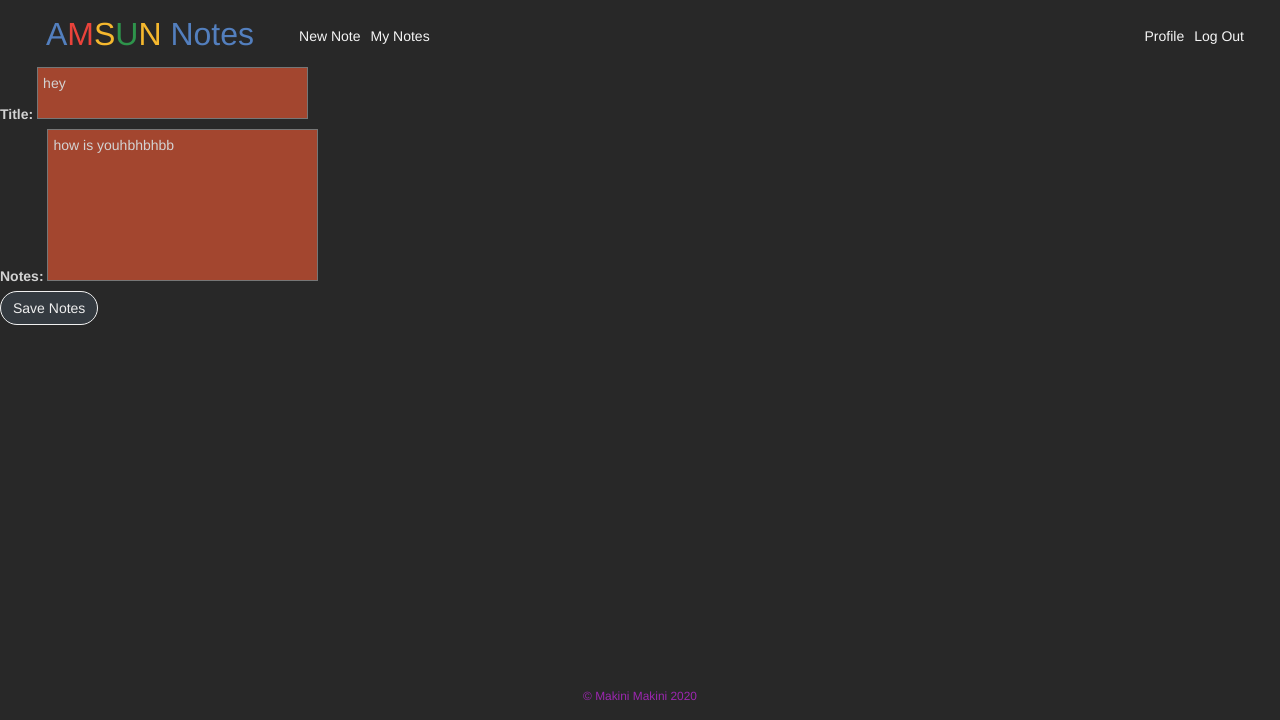
Repository: MakiniMakini/AMSUN-NOTES
Page: http://localhost/22/edit
The author's editor kept a copy of each file at every save. The page is drawn from the files as they stood at one save, then again after the next save.
The browser window is 1280 px wide. The pictures show the whole page.
Some web fonts or font styles are not loaded; a fallback is used. The page is served by the project's application, run on Flask 3 (application.py). The session is filled in as if someone had signed in: {"user_id": 1}. The page reads the database file committed with the project.

Above is the page before, as saved 2020-12-25 13:46:49.

### templates/edit.html
{% extends "layout.html" %}

{% block title %}
    Edit
{% endblock %}

{% block main %}


    {% for item in notes %}
    <div class="notes_form">
    <form action="/{{item[0]}}/edit" method="POST">
      <label for="title">Title:</label>
      <textarea name="title" cols="30" rows="2" placeholder="title" type="text" >{{item[1]}}</textarea>
      <br>
      <label for="notes">Notes:</label>
      <textarea name="notes" cols="30" rows="7" placeholder="notes" type="text">{{item[2]}}</textarea>
      <br>
        <button class="btn btn-primary bg-dark" type="submit">Save Notes</button>
    </form>
  </div>

    {% endfor %}


{% endblock %}

### templates/layout.html
<!DOCTYPE html>
<html lang="en">
    <head>
        <!-- Required meta tags -->
        <meta charset="utf-8">
        <meta name="viewport" content="width=device-width, initial-scale=1, shrink-to-fit=no">

        <!-- documentation at http://getbootstrap.com/docs/4.1/, alternative themes at https://bootswatch.com/ -->
        <link href="https://maxcdn.bootstrapcdn.com/bootstrap/4.1.3/css/bootstrap.min.css" rel="stylesheet">

        <!-- https://favicon.io/emoji-favicons/money-mouth-face/ -->
        <link href="/static/favicon.ico" rel="icon">

        <link href="/static/styles.css" rel="stylesheet">
        <link rel="stylesheet" href="/static/bootstrap.min.css" />
        <link rel="stylesheet" href="/static/animate.min.css" />
        <link rel="stylesheet" href="/static/ionicons.min.css" />
        <link rel="stylesheet" href="/static/styles2.css" />
        <link rel="stylesheet" href="/static/profile.css" />

        <script src="https://code.jquery.com/jquery-3.3.1.min.js"></script>
        <script src="https://cdnjs.cloudflare.com/ajax/libs/popper.js/1.14.3/umd/popper.min.js"></script>
        <script src="https://maxcdn.bootstrapcdn.com/bootstrap/4.1.3/js/bootstrap.min.js"></script>

        <title>AMSUN Notes: {% block title %}{% endblock %}</title>
    </head>

    <body>

        <nav class="navbar navbar-expand-md navbar-light bg-none pl-5 pr-5 m-0 fixed-top">
            <a class="navbar-brand" href="/"><span class="blue">A</span><span class="red">M</span><span class="yellow">S</span><span class="green">U</span><span class="yellow">N</span> <span class="blue">Notes</span></a>
            <button aria-controls="navbar" aria-expanded="false" aria-label="Toggle navigation" class="navbar-toggler bg-light" data-target="#navbar" data-toggle="collapse" type="button">
                <span class="navbar-toggler-icon"></span>
            </button>
            <div class="collapse navbar-collapse" id="navbar" >
                {% if session.user_id %}
                    <ul class="navbar-nav mr-auto mt-2">
                        <li class="nav-item"><a class="nav-link" href="/home">New Note</a></li>
                        <li class="nav-item"><a class="nav-link" href="/my_notes">My Notes</a></li>
                    </ul>
                    <ul class="navbar-nav ml-auto mt-2 navbar-right">
                        <li class="nav-item"><a class="nav-link" href="/profile">Profile</a></li>
                        <li class="nav-item"><a class="nav-link" href="/logout">Log Out</a></li>
                    </ul>
                {% else %}
                    <ul class="navbar-nav ml-auto mt-2 navbar-right">
                        <li class="nav-item"><a class="nav-link" href="/register">Register</a></li>
                        <li class="nav-item"><a class="nav-link" href="/login">Log In</a></li>
                    </ul>
                {% endif %}
            </div>
        </nav>

        {% if get_flashed_messages() %}
            <header>
                <div class="alert alert-primary border text-center" role="alert">
                    {{ get_flashed_messages() | join(" ") }}
                </div>
            </header>
        {% endif %}

        <main class="container p-0">

        </main>
        {% block main %}{% endblock %}

        <footer class="small text-center text-muted fixed-bottom bg-none">
             <a href="https://makini-makini.herokuapp.com">© Makini Makini 2020</a>
        </footer>

    </body>
</html>

### application.py
import os

import sqlite3
from flask import Flask, flash, jsonify, redirect, render_template, request, session
from flask_session import Session
from tempfile import mkdtemp
from werkzeug.exceptions import default_exceptions, HTTPException, InternalServerError
from werkzeug.security import check_password_hash, generate_password_hash

from helpers import apology, login_required


# Configure application
app = Flask(__name__)

# Ensure templates are auto-reloaded
app.config["TEMPLATES_AUTO_RELOAD"] = True

# Ensure responses aren't cached
@app.after_request
def after_request(response):
    response.headers["Cache-Control"] = "no-cache, no-store, must-revalidate"
    response.headers["Expires"] = 0
    response.headers["Pragma"] = "no-cache"
    return response


# Configure session to use filesystem (instead of signed cookies)
app.config["SESSION_FILE_DIR"] = mkdtemp()
app.config["SESSION_PERMANENT"] = False
app.config["SESSION_TYPE"] = "filesystem"
Session(app)

# connecting to the database
connection = sqlite3.connect("amsun_notes.db", check_same_thread=False)

# cursor
db = connection.cursor()

# >>>>>>>>>>>>>>>>>>>>>>>>>>>>>>>ROUTES<<<<<<<<<<<<<<<<<<

# ///////////////INDEX\\\\\\\\\\\\\\\\\\
@app.route("/")
def home_page():
    return render_template("home.html")

# ////////////////WRITE NOTES\\\\\\\\\\\\\
@app.route("/home")
@login_required
def index():
    return render_template("index.html")

# //////PROFILE\\\\\\\\
@app.route("/profile")
@login_required
def profile():
    return render_template("profile.html")

# /////////////MY NOTES\\\\\\\\\\
@app.route("/my_notes")
@login_required
def my_notes():

    # logged user
    user_id = session['user_id']

    db.execute("SELECT note_id, title, notes FROM notes WHERE user_id=:user_id", {'user_id':user_id})
    notes = db.fetchall()

    # Ensure user has notes
    if not notes:
        return render_template("index.html", message = "You Do Not Have Any Stock")

    return render_template("my_notes.html", notes=notes)

# ///////////////ALLOW USER TO EDIT THEIR NOTES\\\\\\\\\\\\\\\\\\\
@app.route("/<note_id>/edit", methods=["GET", "POST"])
@login_required
def edit(note_id):

     # logged user
    user_id = session['user_id']

    if request.method == "GET":
        # query database for notes
        db.execute("SELECT note_id, title, notes FROM notes WHERE user_id=:user_id AND note_id=:note_id", {'user_id':user_id, 'note_id':note_id})
        notes = db.fetchall()
        # populate text-area with existing notes
        return render_template("edit.html", notes=notes)

    if request.method == "POST":
        # get title
        title = request.form.get("title")
        #get notes
        notes = request.form.get("notes")

        # ensure the fields are not blank
        if not request.form.get("notes"):
            return apology('must write something', 403)
        else:
            # update notes
            db.execute("UPDATE notes SET title =:title, notes =:notes WHERE note_id=:note_id", {'user_id':user_id, 'note_id':note_id, 'title':title, 'notes':notes})
            # save to data base
            connection.commit()
            # redirect user to their notes
            return redirect("/my_notes")


@app.route("/<note_id>/delete")
@login_required
def delete(note_id):

    print(note_id)

    db.execute("DELETE FROM notes WHERE note_id=:note_id", {'note_id':note_id})
    connection.commit()

    return redirect("/my_notes")

# >>>>>>>>>>>>>REGISTER USER<<<<<<<<<<<<<<<<<<<<<<<<<<<<<<<<<<<
@app.route("/register", methods=["GET", "POST"])
def register():
    """Register user"""

    # if 'GET' render Reg. form
    if request.method == "GET":
        return render_template("register.html")

    if request.method == "POST":

        username = request.form.get("username")
        # Ensure username is submitted
        if not request.form.get("username"):
             return apology("must provide username", 403)

        # Ensure password was submitted
        elif not request.form.get("password") and not request.form.get("confirmation"):
            return apology("must provide password and confirmation", 403)
        else:
            # query db
            db.execute("SELECT * FROM users WHERE username = :username",
                            {'username' : username})
            rows = db.fetchall()

            # check if user exists
            if len(rows) == 1:
                return apology("username already exists", 403)
            else:
                username = request.form.get("username")

            # password
            if request.form.get("password") == request.form.get("confirmation"):
                # hash password
                pwhash = generate_password_hash(request.form.get("password"), method='plain')
            else:
                return apology("passwords do not match", 403)

            # update db
            db.execute("INSERT INTO users (username, hash) VALUES (:username, :pwhash)", {'username':username, 'pwhash':pwhash})

            # To save the changes in the files. Never skip this.
            # If we skip this, nothing will be saved in the database.
            connection.commit()

            # # close the connection
            # connection.close()
            return redirect("/")


# >>>>>>>>>>>>>>>>>>>>>>LOGIN<<<<<<<<<<<<<<<<<<<<<<


@app.route("/login", methods=["GET", "POST"])
def login():
    """Log user in"""

    # Forget any user_id
    session.clear()

    # User reached route via POST (as by submitting a form via POST)
    if request.method == "POST":

        # Ensure username was submitted
        if not request.form.get("username"):
            return apology("must provide username", 403)

        # Ensure password was submitted
        elif not request.form.get("password"):
            return apology("must provide password", 403)

        # Query database for username
        db.execute("SELECT * FROM users WHERE username = :username",
                          {'username':request.form.get("username")})

        rows = db.fetchall()

        print(rows)
        # Ensure username exists and password is correct
        if len(rows) != 1 or not check_password_hash(rows[0][2], request.form.get("password")):
            return apology("invalid username and/or password", 403)

    # Remember which user has logged in
        session["user_id"] = rows[0][0]

        # Redirect user to home page
        return redirect("/")

    # User reached route via GET (as by clicking a link or via redirect)
    else:
        return render_template("login.html")

#>>>>>>>>>>>>>>>>>>>>>>>>>>>LOGOUT<<<<<<<<<<<<<<<<<<<<<<<<

@app.route("/logout")
def logout():
    """Log user out"""

    # Forget any user_id
    session.clear()

    # Redirect user to login form
    return redirect("/")


# >>>>>>>>>>>>>>>>>>>SAVE NOTES <<<<<<<<<<<<<<<<<<<<<<<<<
@app.route("/notes", methods=["GET", "POST"])
@login_required
def save():
    #save notes to database

    # logged user
    user_id = session['user_id']

    if request.method == "POST":

        # get the title
        title = request.form.get("title")

        #get notes
        notes = request.form.get("notes")

        # ensure the fields are not blank
        if not request.form.get("notes"):
            return apology('must write something', 403)
        else:
            db.execute("INSERT INTO notes (user_id, title, notes) VALUES (:user_id, :title, :notes)", {'user_id':user_id, 'title':title, 'notes':notes})

            # save to data base
            connection.commit()
            return render_template("index.html")

### helpers.py
import os
import requests
import urllib.parse

from flask import redirect, render_template, request, session
from functools import wraps

def apology(message, code=400):
    """Render message as an apology to user."""
    def escape(s):
        """
        Escape special characters.

        https://github.com/jacebrowning/memegen#special-characters
        """
        for old, new in [("-", "--"), (" ", "-"), ("_", "__"), ("?", "~q"),
                         ("%", "~p"), ("#", "~h"), ("/", "~s"), ("\"", "''")]:
            s = s.replace(old, new)
        return s
    return render_template("apology.html", top=code, bottom=escape(message)), code


def login_required(f):
    """
    Decorate routes to require login.

    http://flask.pocoo.org/docs/1.0/patterns/viewdecorators/
    """
    @wraps(f)
    def decorated_function(*args, **kwargs):
        if session.get("user_id") is None:
            return redirect("/login")
        return f(*args, **kwargs)
    return decorated_function

### static/styles.css
nav .navbar-brand {
	/* size for brand */
	font-size: xx-large;
}

/* colors for brand */
nav .navbar-brand .blue {
	color: #537fbe;
}
nav .navbar-brand .red {
	color: #ea433b;
}
nav .navbar-brand .yellow {
	color: #f5b82e;
}
nav .navbar-brand .green {
	color: #2e944b;
}

.navbar .nav-link {
	color: whitesmoke !important;
}

main .form-control {
	/* center form controls */
	display: inline-block;

	/* override Bootstrap's 100% width for form controls */
	width: auto;
}

main {
	/* scroll horizontally as needed */
	overflow-x: auto;

	/* center contents */
	text-align: center;
}

main img {
	/* constrain images on small screens */
	max-width: 100%;
}

/* Style the image inside the centered container, if needed */
.centered img {
	width: 150px;
	border-radius: 50%;
}

textarea {
	font-family: monospace;
}

.section_name {
	text-align: center;
	padding: 0;
}

.form-form {
	text-align: center;
	padding-top: 10vh;
}
.btn:focus {
	outline: none !important;
}

.form-control-email {
	text-align: left;
	display: block;
	width: 50%;
	height: 35px;
	padding: 6px 12px;
	font-size: 14px;
	line-height: 1.5;
	color: #eee;
	background-color: #36333d;
	background-image: none;
	border: 1px solid #36333d;
	border-radius: 4px;
	box-shadow: inset 0 1px 1px rgba(0, 0, 0, 0.075);
	transition: border-color ease-in-out .15s, box-shadow ease-in-out .15s;
}
.form-control-email:focus {
	outline: none;
}

.iframe-container {
	position: relative;
	overflow: hidden;
	width: 100%;
	padding-top: 56.25%; /* 16:9 Aspect Ratio (divide 9 by 16 = 0.5625) */
}

.responsive-iframe {
	position: absolute;
	top: 0;
	left: 0;
	bottom: 0;
	right: 0;
	width: 100%;
	height: 100%;
}

.my_notes {
	margin: auto;
	align-content: center;
	padding-top: 5vh;
}

.my_notes .card {
	align-content: center;
	margin: auto;
}

textarea {
	background-color: #a3462f;
	padding: 5px;
	columns: red;
}

textarea:focus {
	background-color: #2f2d33;
	outline: none;
}

.notes_form {
	margin: auto;
	align-items: center;
	align-content: center;
}

### static/profile.css
/* Profile container */
.profile {
	margin: 20px 0;
}

/* Profile sidebar */
.profile-sidebar {
	padding: 20px 0 10px 0;
	background: #fff;
}

.profile-userpic img {
	float: none;
	margin: 0 auto;
	width: 50%;
	height: 50%;
	-webkit-border-radius: 50% !important;
	-moz-border-radius: 50% !important;
	border-radius: 50% !important;
}

.profile-usertitle {
	text-align: center;
	margin-top: 20px;
}

.profile-usertitle-name {
	color: #5a7391;
	font-size: 16px;
	font-weight: 600;
	margin-bottom: 7px;
}

.profile-usertitle-job {
	text-transform: uppercase;
	color: #5b9bd1;
	font-size: 12px;
	font-weight: 600;
	margin-bottom: 15px;
}

.profile-userbuttons {
	text-align: center;
	margin-top: 10px;
}

.profile-userbuttons .btn {
	text-transform: uppercase;
	font-size: 11px;
	font-weight: 600;
	padding: 6px 15px;
	margin-right: 5px;
}

.profile-userbuttons .btn:last-child {
	margin-right: 0px;
}

.profile-usermenu {
	margin-top: 30px;
}

.profile-usermenu ul li {
	border-bottom: 1px solid #f0f4f7;
}

.profile-usermenu ul li:last-child {
	border-bottom: none;
}

.profile-usermenu ul li a {
	color: #93a3b5;
	font-size: 14px;
	font-weight: 400;
}

.profile-usermenu ul li a i {
	margin-right: 8px;
	font-size: 14px;
}

.profile-usermenu ul li a:hover {
	background-color: #fafcfd;
	color: #5b9bd1;
}

.profile-usermenu ul li.active {
	border-bottom: none;
}

.profile-usermenu ul li.active a {
	color: #5b9bd1;
	background-color: #f6f9fb;
	border-left: 2px solid #5b9bd1;
	margin-left: -2px;
}

/* Profile Content */
.profile-content {
	padding: 20px;
	background: #fff;
	min-height: 460px;
}

### amsun_notes.db (the tables this page reads, as SQL)
CREATE TABLE 'notes' (
    'note_id' INTEGER PRIMARY KEY AUTOINCREMENT NOT NULL,
    'user_id' INTEGER NOT NULL, 
    'title' TEXT NOT NULL, 
    'notes' TEXT NOT NULL,
    FOREIGN KEY(user_id) REFERENCES users(id)
    );
INSERT INTO "notes" VALUES
(11, 2, 'sasa', 'sdsdsdsd'),
(18, 3, 'I am here', 'I am here to see here'),
(19, 3, 'Bike Kali', 'Reading about people'),
(21, 4, 'trip to msa', 'niliona mzungu yaaaayyyy'),
(22, 1, 'hey', 'how is youhbhbhbb'),
(26, 1, 'NOTE WITH STEPH', 'Steph is an amazing soul whom I love! ');

Loaded but not shown: static/bootstrap.min.css (library); static/animate.min.css (library); static/ionicons.min.css (library); static/styles2.css (530 lines, source omitted)

After the next save:
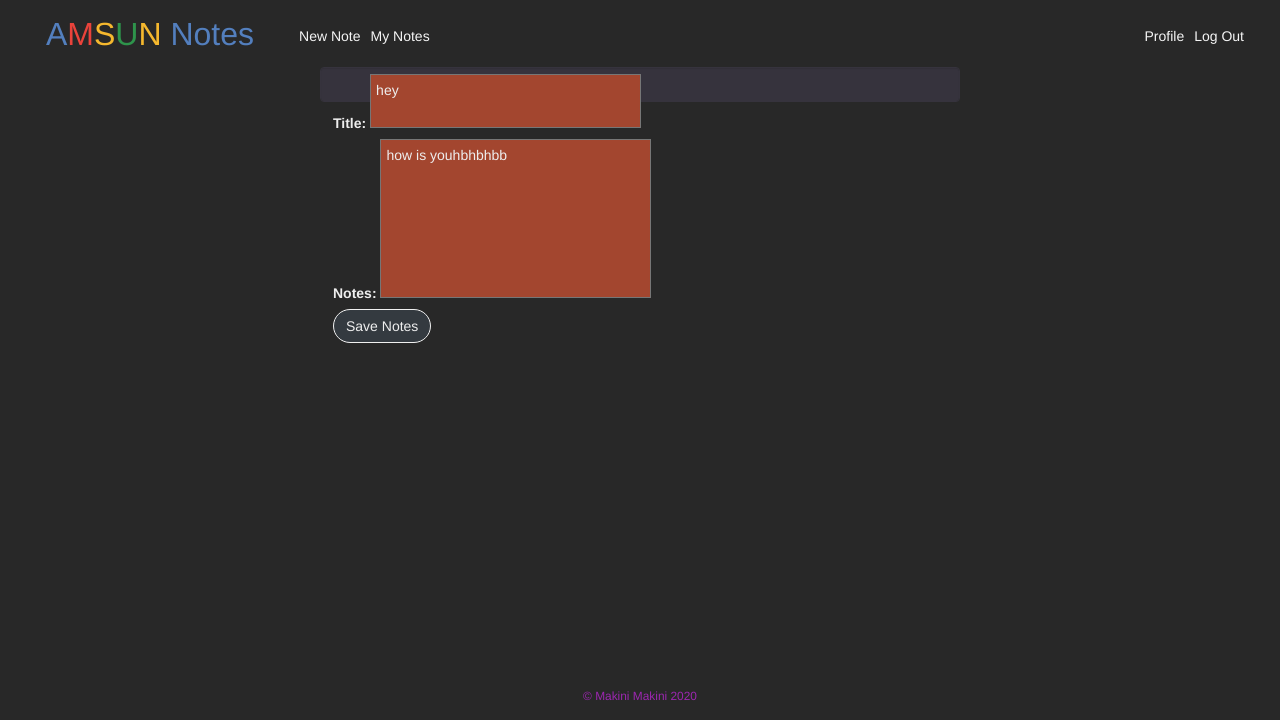
Saved 2 min 37 s later.
--- a/templates/edit.html
+++ b/templates/edit.html
@@ -9,7 +9,7 @@
 
     {% for item in notes %}
     <div class="notes_form">
-    <form action="/{{item[0]}}/edit" method="POST">
+    <form action="/{{item[0]}}/edit" method="POST" class="form-control">
       <label for="title">Title:</label>
       <textarea name="title" cols="30" rows="2" placeholder="title" type="text" >{{item[1]}}</textarea>
       <br>
